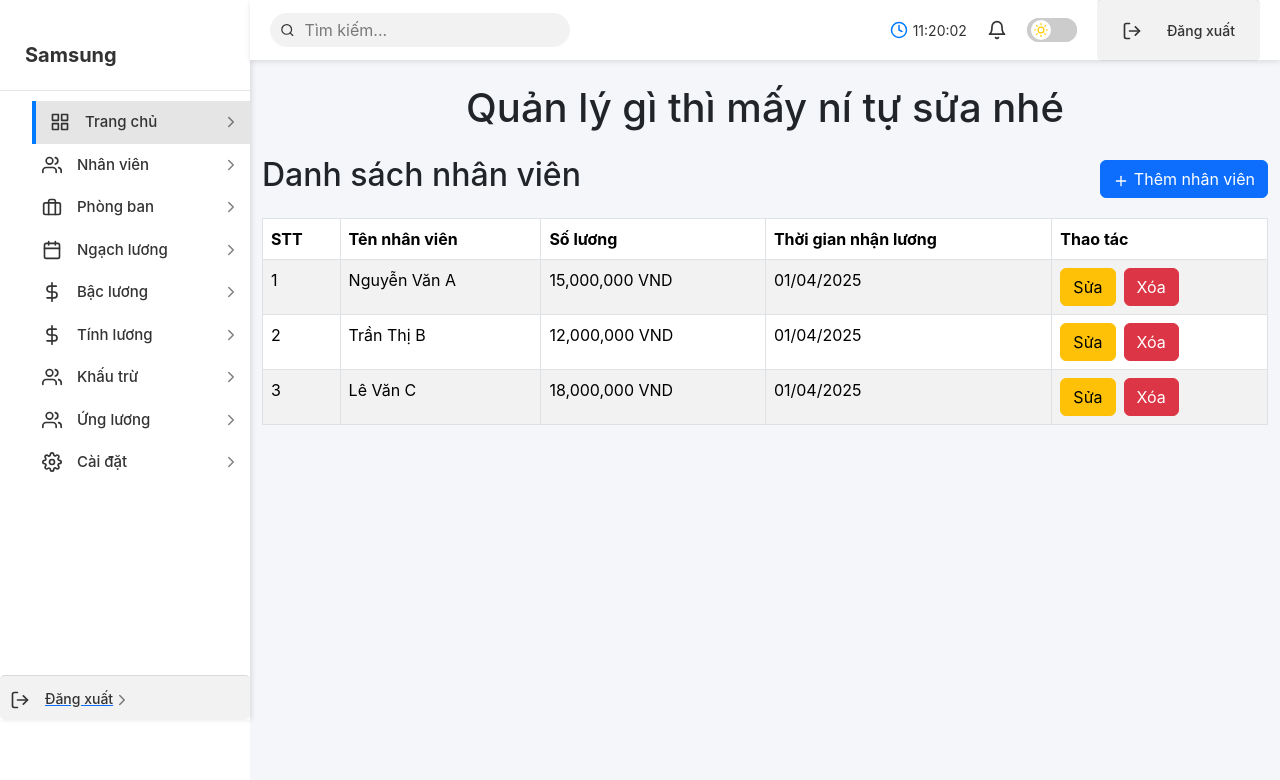
Repository: lenb2109136/HTTTQL
Page: /
These files come from the project's save history. The page is drawn as it stood at one moment and after the next save; the edit follows.
The browser window is 1280 px wide. The pictures show the whole page.
The project was rebuilt for these pictures with package versions that can differ from the ones it lists, and the page was loaded fresh each time.

Above is the page before, as saved 2025-03-28 13:23:37.

After the next save:
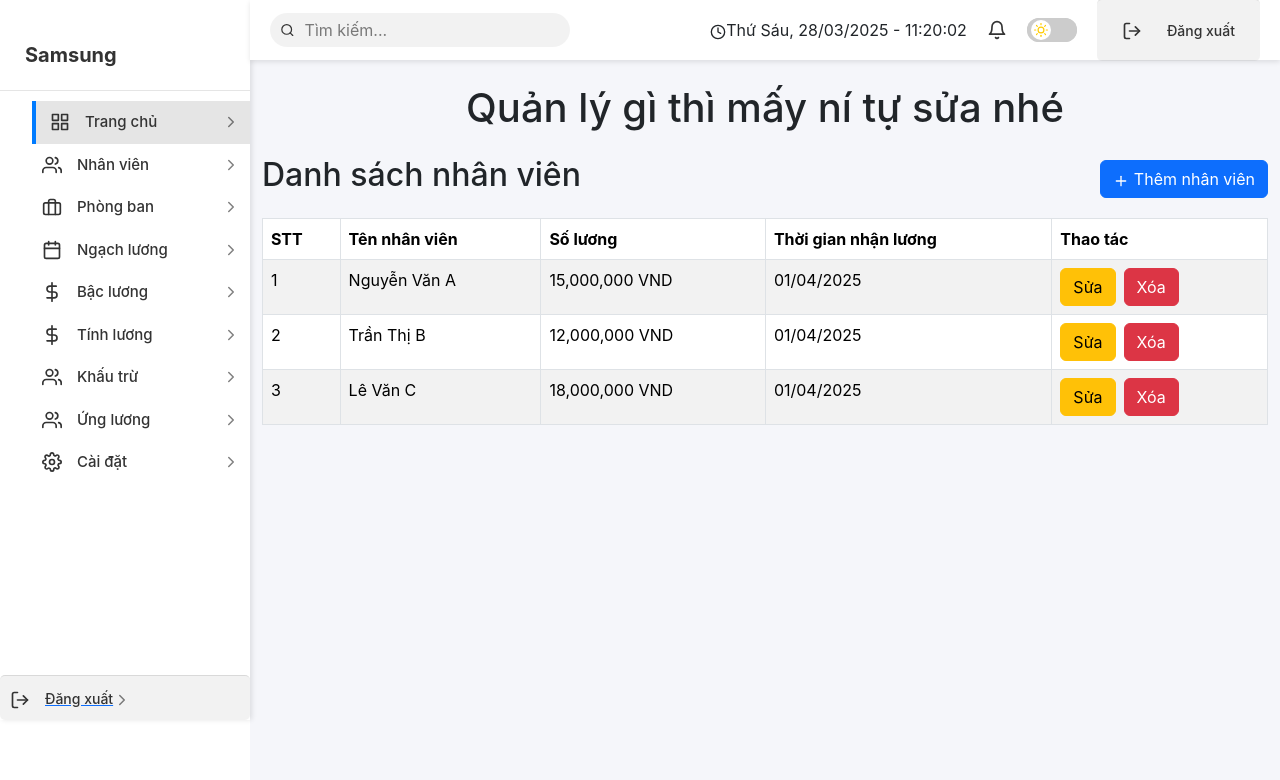
Saved 3 min 0 s later.
--- a/src/component/admin/Header-Admin.js
+++ b/src/component/admin/Header-Admin.js
@@ -15,16 +15,29 @@
   });
 
   const [currentTime, setCurrentTime] = useState('');
+  const [currentDate, setCurrentDate] = useState('');
 
   useEffect(() => {
     const updateTime = () => {
       const now = new Date();
+
+      // Lấy giờ hiện tại
       const formattedTime = now.toLocaleTimeString('vi-VN', {
         hour: '2-digit',
         minute: '2-digit',
         second: '2-digit',
       });
+
+      // Lấy ngày hiện tại
+      const formattedDate = now.toLocaleDateString('vi-VN', {
+        weekday: 'long',
+        day: '2-digit',
+        month: '2-digit',
+        year: 'numeric',
+      });
+
       setCurrentTime(formattedTime);
+      setCurrentDate(formattedDate);
     };
 
     updateTime(); // Cập nhật ngay khi component mount
@@ -48,10 +61,12 @@
       </div>
 
       <div className="header-right">
-        {/* Hiển thị ngày giờ hiện tại */}
-        <div className="current-time">
+        {/* Hiển thị ngày tháng và giờ hiện tại */}
+        <div className="current-date-time">
           <FiClock className="clock-icon" />
-          <span>{currentTime}</span>
+          <span>
+            {currentDate} - {currentTime}
+          </span>
         </div>
 
         <FiBell className="notification-icon" />
